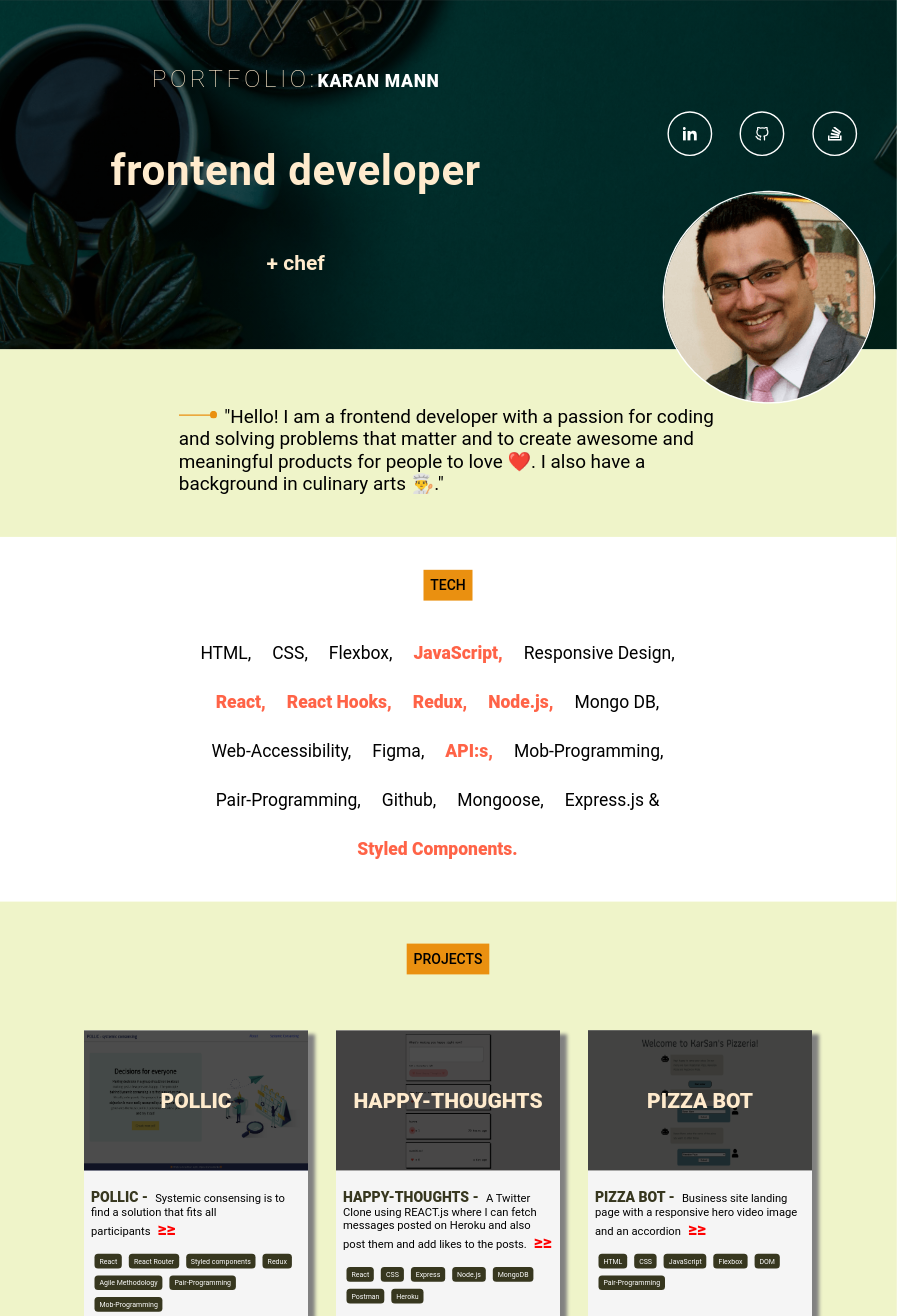
Repository: karanmann/portfolio-react
Page: / (app in frontend/)
An editor plug-in stored every save of this project. The page is shown before and after the next save, followed by the edit.
The browser window is 1280 px wide. The page is 1281 px wide, so the pictures cover 1281 px, including what lies to the right of the window. The pictures show the part of the page from y = 0 to 1880 px (the page is 6725 px tall), at 70% of full size.
The project was rebuilt for these pictures with package versions that can differ from the ones it lists, and the page was loaded fresh each time.

Above is the page before, as saved 2021-04-09 10:37:11.

After the next save:
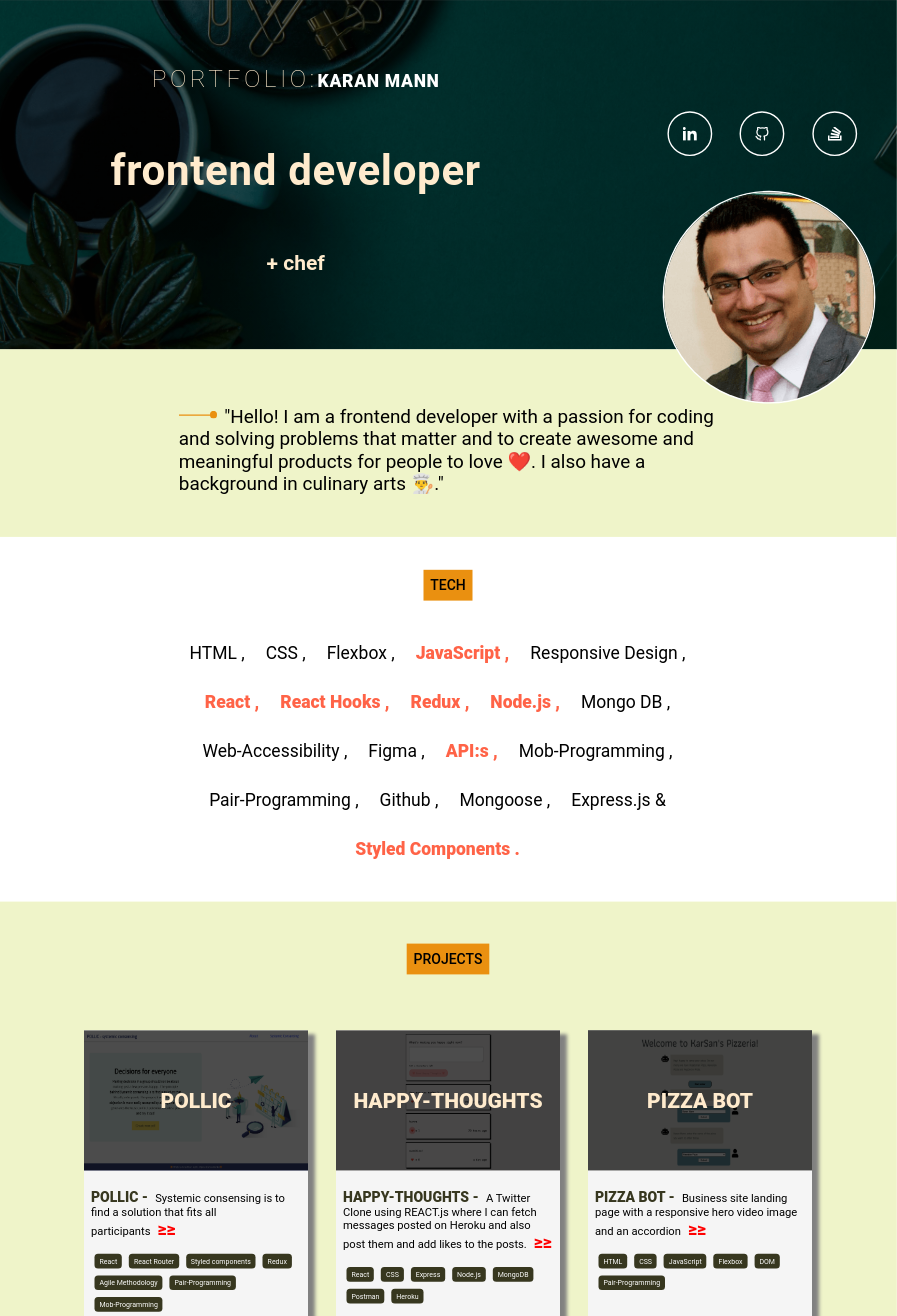
Saved 30 s later.
--- a/frontend/src/components/Tech.js
+++ b/frontend/src/components/Tech.js
@@ -38,7 +38,7 @@
               const conditionalStyle = mytech.highLight ? {color:'tomato', fontWeight: '800'} : {color:'black'}
               return (
               <MyTech style={conditionalStyle} key={mytech.tech}>
-                {mytech.tech}{index === techs.length - 1 ? '.' : index ===techs.length - 2 ? ' & ' : ',' }
+                {mytech.tech}  {index === techs.length - 1 ? '.' : index ===techs.length - 2 ? ' & ' : ',' }
               </MyTech>
             )
             })}

After the save that followed:
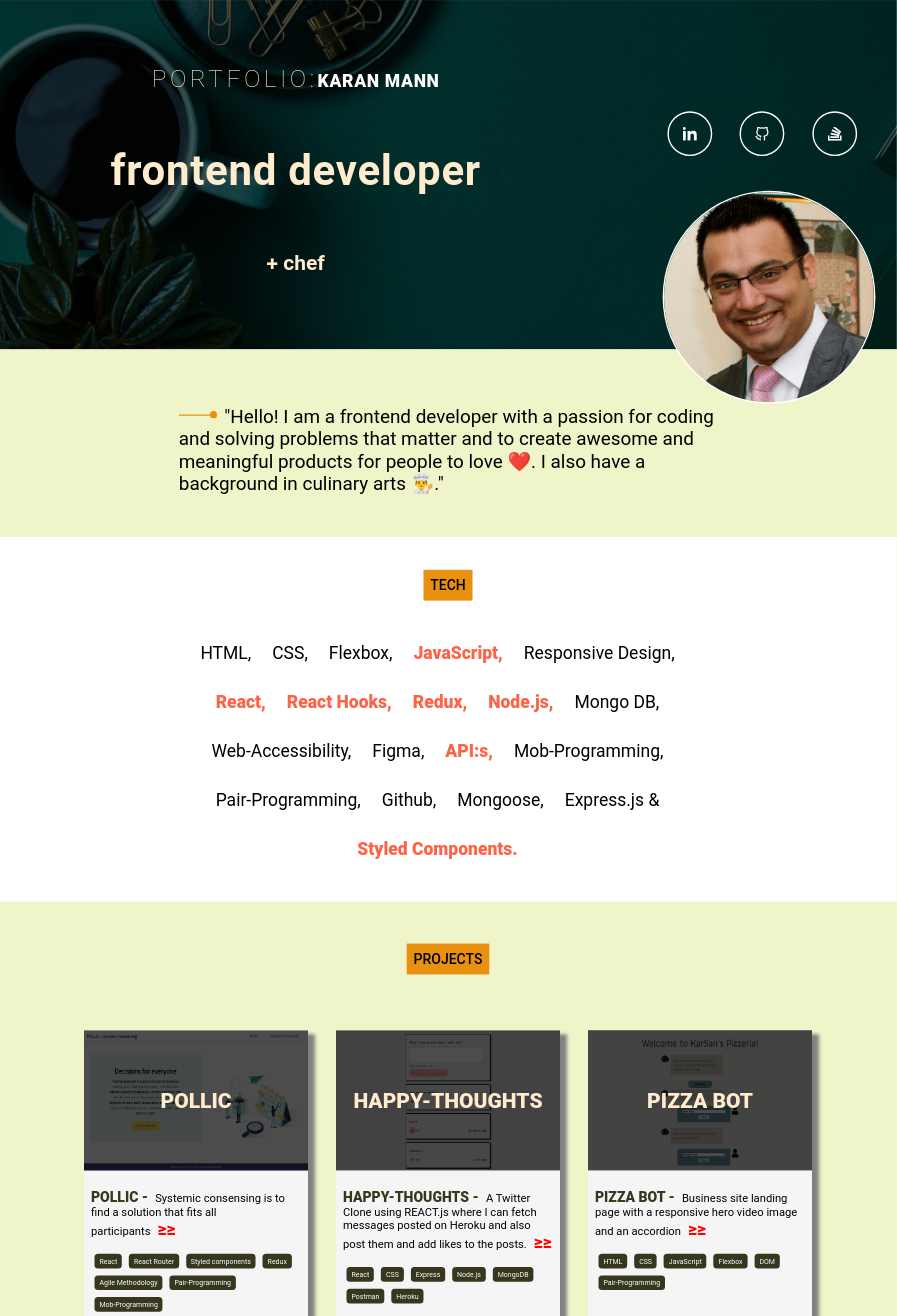
Saved 7 s later.
--- a/frontend/src/components/Tech.js
+++ b/frontend/src/components/Tech.js
@@ -38,7 +38,7 @@
               const conditionalStyle = mytech.highLight ? {color:'tomato', fontWeight: '800'} : {color:'black'}
               return (
               <MyTech style={conditionalStyle} key={mytech.tech}>
-                {mytech.tech}  {index === techs.length - 1 ? '.' : index ===techs.length - 2 ? ' & ' : ',' }
+                {mytech.tech}{index === techs.length - 1 ? '.' : index ===techs.length - 2 ? '  & ' : ',' }
               </MyTech>
             )
             })}
